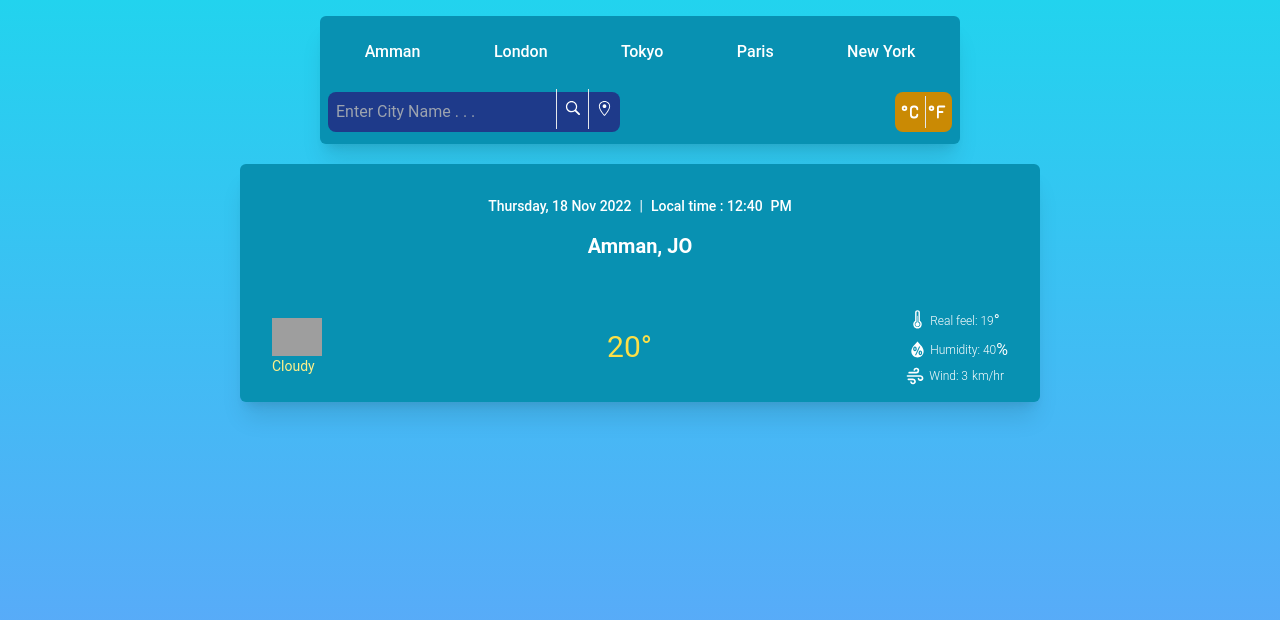
Repository: SaadYasin/next-js-forecast-tailwind
Page: /
The author's editor kept a copy of each file at every save. The page is drawn from the files as they stood at one save, then again after the next save.
The browser window is 1280 px wide. The pictures show the whole page.
Pictures or frames that could not be fetched are drawn as grey boxes. The project was rebuilt for these pictures with package versions that can differ from the ones it lists, and the page was loaded fresh each time. The framework's server and built-in components were replaced by stand-ins that run in the browser. Also part of the build but not shown: next.config.js.

Above is the page before, as saved 2022-11-19 16:43:15.

After the next save:
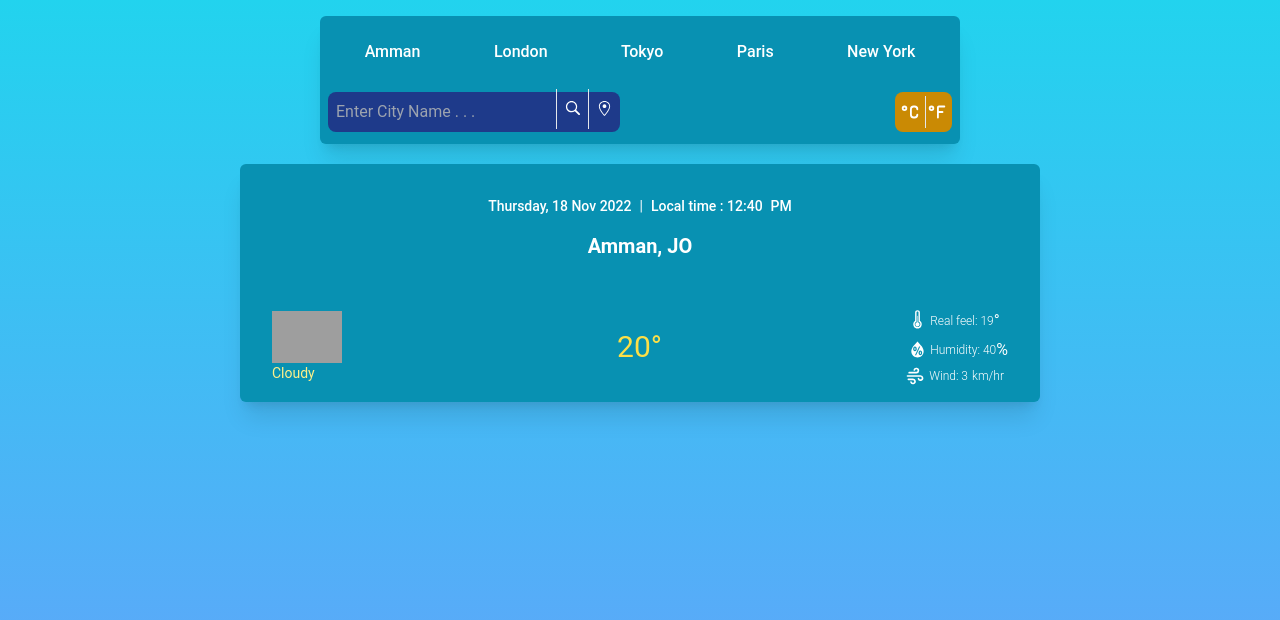
Saved 44 s later.
--- a/components/MainCard.js
+++ b/components/MainCard.js
@@ -30,8 +30,8 @@ const MainCard = () => {
             {/* <WiDayCloudy size={50} /> */}
             <Image
                       src={`${statusURL}03d@2x.png`}
-                      width={50}
-                      height={50}
+                      width={70}
+                      height={70}
                       alt=" weather status icon"
             />
 
